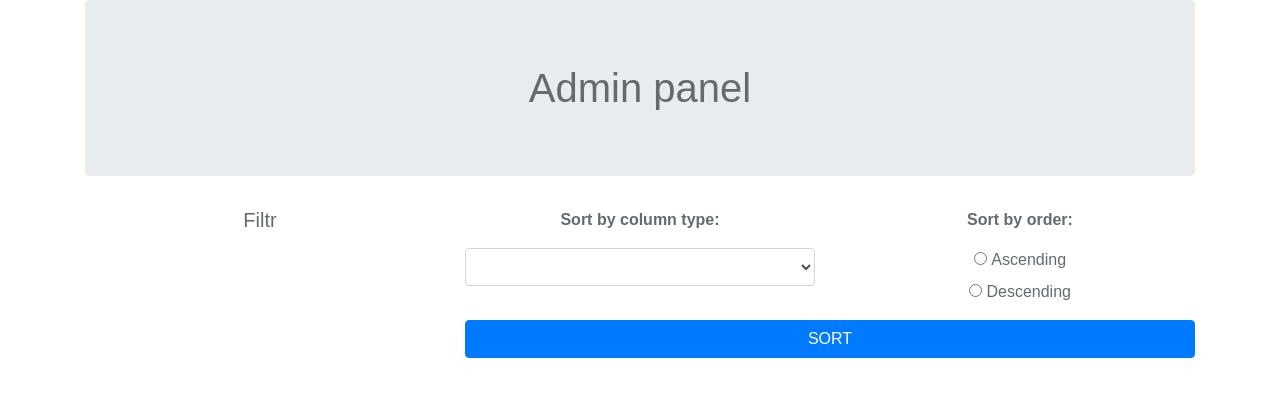
Repository: WOLVGVNG/gameclan
Page: resources/views/admin_panel.blade.php
The author's editor kept a copy of each file at every save. The page is drawn from the files as they stood at one save, then again after the next save.
The browser window is 1280 px wide. The pictures show the whole page.
The page is served by the project's Laravel application, run on PHP 8.4 with Laravel 8. Other server files are loaded and not shown. The template is opened directly, without the code that normally fills it, so the values that code supplies are empty.

Above is the page before, as saved 2019-03-19 23:06:19.

### routes/web.php
<?php

/*
|--------------------------------------------------------------------------
| Web Routes
|--------------------------------------------------------------------------
|
| Here is where you can register web routes for your application. These
| routes are loaded by the RouteServiceProvider within a group which
| contains the "web" middleware group. Now create something great!
|
*/

Route::get('/', 'AdminPanelController@index');

### resources/views/admin_panel.blade.php
@extends('layout.app')
@section('content')
<div class='container text-center'>
    <h1 class='jumbotron'>Admin panel</h1>
    <form action='/' method='GET'>
        <div class='row'>
            <div class='col-md-4'>
                <h5>Filtr</h5>
            </div>
            <div class='col-md-8'>
                <div class='row'>
                    <div class='col'>
                        <p class='font-weight-bold'>Sort by column type:</p>
                        <select class='form-control' name='sort_type' value='{{ session('sort_type') }}'>
                            <option>{{ session('sort_type') }}</option>
                            <option>id</option>
                            <option>user_name</option>
                            <option>email</option>
                            <option>active</option>
                            <option>banned</option>
                            <option>notifiable_email</option>
                            <option>email_verified_at</option>
                            <option>points</option>
                            <option>steam_id</option>
                            <option>facebook_id</option>
                            <option>google_id</option>
                            <option>geo</option>
                            <option>lang</option>
                            <option>ref</option>
                            <option>ref_status</option>
                            <option>ref_code</option>
                            <option>deleted_at</option>
                            <option>created_at</option>
                            <option>updated_at</option>
                        </select>
                    </div>
                    <div class='col'>
                        <p class='font-weight-bold'>Sort by order:</p>
                        <input type='radio' name='sort_order' value='asc' id='asc'
                                @if(session('sort_order') == 'asc') echo checked @endif>
                        <label for='asc'>Ascending</label>
                        <br>
                        <input type='radio' name='sort_order' value='desc' id='desc'
                                @if(session('sort_order') == 'desc') echo checked @endif>
                        <label for='desc'>Descending</label>
                    </div>
                </div>
                <div class='row mt-2 mb-5'>
                    <div class='col-12'>
                        <button type='submit' class='btn btn-block btn-primary'>SORT</button>
                    </div>
                </div>
            </form>

            @foreach($users as $user)
                <div class='row mb-5'>
                    <div class='user-part-div col'>
                        <p class='font-weight-bold'>id</p>
                        <p>{{$user->id}}</p>
                    </div>
                    <div class='user-part-div col'>
                        <p class='font-weight-bold'>user_name</p>
                        <p>{{$user->user_name}}</p>
                    </div>
                    <div class='user-part-div col'>
                        <p class='font-weight-bold'>email</p>
                        <p>{{$user->email}}</p>
                    </div>
                    @if($user->active === 1)
                        <div class='user-part-div col d-flex align-items-center'>
                            <p class='font-weight-bold'>active</p>
                        </div>
                    @endif
                    @if($user->banned === 1)
                    <div class='user-part-div col d-flex align-items-center'>
                        <p class='font-weight-bold'>banned</p>
                    </div>
                    @endif
                    @if(isset($user->email_verified_at))
                        <div class='user-part-div col'>
                            <p class='font-weight-bold'>email_verified_at</p>
                            <p>{{$user->email_verified_at}}</p>
                        </div>
                    @endif
                    @if(isset($user->email_verified_at))
                        <div class='user-part-div col'>
                            <p class='font-weight-bold'>remember_token</p>
                            <p>{{$user->remember_token}}</p>
                        </div>
                    @endif
                    <div class='user-part-div col'>
                        <p class='font-weight-bold'>avatar</p>
                        <p>{{$user->avatar}}</p>
                    </div>
                    <div class='user-part-div col'>
                        <p class='font-weight-bold'>points</p>
                        <p>{{$user->points}}</p>
                    </div>
                    @if(isset($user->steam_id))
                        <div class='user-part-div col'>
                            <p class='font-weight-bold'>steam_id</p>
                            <p>{{$user->steam_id}}</p>
                        </div>
                    @endif
                    @if(isset($user->facebook_id))
                        <div class='user-part-div col'>
                            <p class='font-weight-bold'>facebook_id</p>
                            <p>{{$user->facebook_id}}</p>
                        </div>
                    @endif
                    @if(isset($user->google_id))
                        <div class='user-part-div col'>
                            <p class='font-weight-bold'>google_id</p>
                            <p>{{$user->google_id}}</p>
                        </div>
                    @endif
                    <div class='user-part-div col'>
                        <p class='font-weight-bold'>geo</p>
                        <p>{{$user->geo}}</p>
                    </div>
                    <div class='user-part-div col'>
                        <p class='font-weight-bold'>lang</p>
                        <p>{{$user->lang}}</p>
                    </div>
                    @if(isset($user->ref))
                        <div class='user-part-div col'>
                            <p class='font-weight-bold'>ref</p>
                            <p>{{$user->ref}}</p>
                        </div>
                    @endif
                    @if(isset($user->ref_status))
                        <div class='user-part-div col'>
                            <p class='font-weight-bold'>ref_status</p>
                            <p>{{$user->ref_status}}</p>
                        </div>
                    @endif
                    <div class='user-part-div col'>
                        <p class='font-weight-bold'>ref_code</p>
                        <p>{{$user->ref_code}}</p>
                    </div>
                    @if(isset($user->deleted_at))
                        <div class='user-part-div col'>
                            <p class='font-weight-bold'>deleted_at</p>
                            <p>{{$user->deleted_at}}</p>
                        </div>
                    @endif
                    <div class='user-part-div col'>
                        <p class='font-weight-bold'>created_at</p>
                        <p>{{$user->created_at}}</p>
                    </div>
                    @if(isset($user->updated_at))
                        <div class='user-part-div col'>
                            <p class='font-weight-bold'>updated_at</p>
                            <p>{{$user->updated_at}}</p>
                        </div>
                    @endif
                </div>
            @endforeach
        </div>
    </div>
</div>
@endsection

### resources/views/layout/app.blade.php
<!doctype html>
<html lang="{{ str_replace('_', '-', app()->getLocale()) }}">
    <head>
        <meta charset="utf-8">
        <meta name="viewport" content="width=device-width, initial-scale=1">

        <title>Laravel</title>

        <link rel="stylesheet" href="https://stackpath.bootstrapcdn.com/bootstrap/4.3.1/css/bootstrap.min.css" integrity="sha384-ggOyR0iXCbMQv3Xipma34MD+dH/1fQ784/j6cY/iJTQUOhcWr7x9JvoRxT2MZw1T" crossorigin="anonymous">

        <style>
            html, body {
                background-color: #fff;
                color: #636b6f;
                font-family: 'Nunito', sans-serif;
                font-weight: 200;
                height: 100vh;
                margin: 0;
            }

            .user-part-div {
                border: 3px solid gray;
            }
        </style>
    </head>
    <body>
        @yield('content')

    </body>
</html>

After the next save:
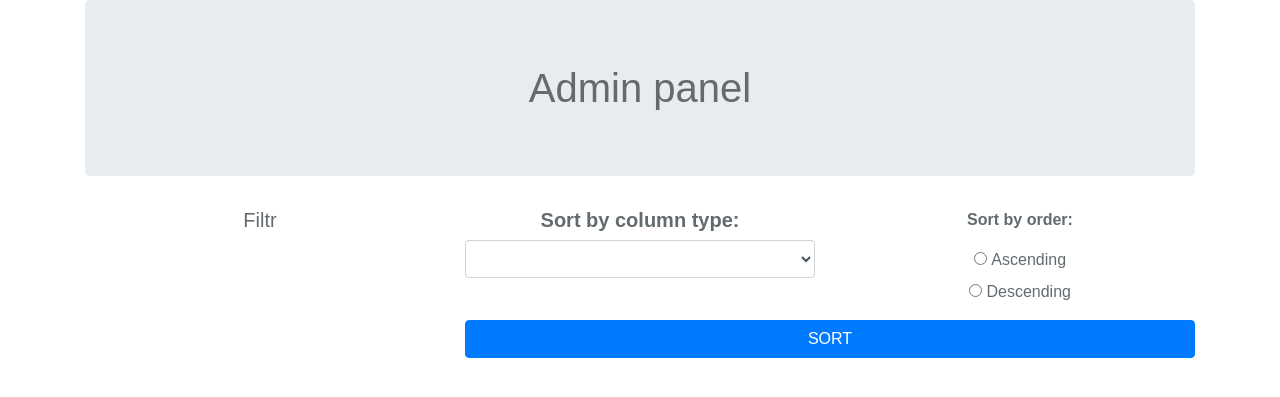
Saved 14 s later.
--- a/resources/views/admin_panel.blade.php
+++ b/resources/views/admin_panel.blade.php
@@ -10,7 +10,7 @@
             <div class='col-md-8'>
                 <div class='row'>
                     <div class='col'>
-                        <p class='font-weight-bold'>Sort by column type:</p>
+                        <h5 class='font-weight-bold'>Sort by column type:</h5>
                         <select class='form-control' name='sort_type' value='{{ session('sort_type') }}'>
                             <option>{{ session('sort_type') }}</option>
                             <option>id</option>
